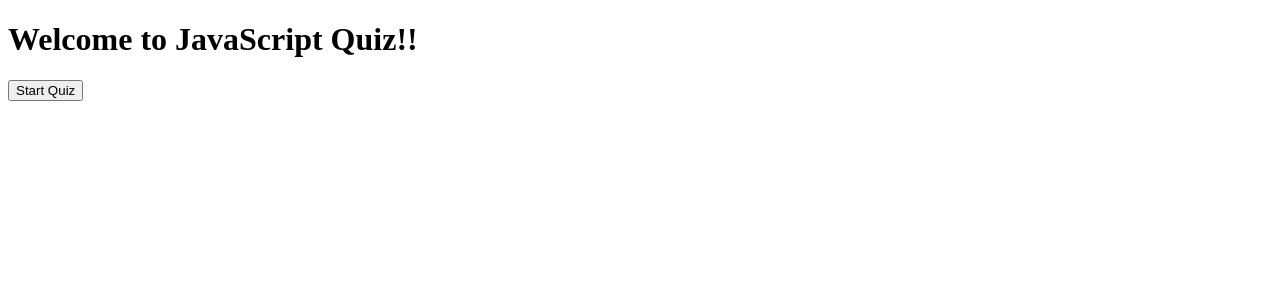
Repository: Mf948/javaQuiz
Page: index.html
An editor plug-in stored every save of this project. The page is shown before and after a run of saves, followed by the edit.
The browser window is 1280 px wide. The pictures show the whole page.

Above is the page before, as saved 2020-11-30 20:00:11.

### index.html
<!DOCTYPE html>
<html lang="en">
<head>
    <meta charset="UTF-8">
    <meta name="viewport" content="width=device-width, initial-scale=1.0">
    <title>Document</title>
   <link scr="."
</head>
<body>
<!-- <div class="coontainer">
       <div id ="question-container" class='hide'>
         <div id="question">Question</div>
         <div id= "answer-buttons" class ="btn-grid">


            <div>
      <div class="controls">
        <button id= "start-btn" class="start-btn btn">start</button>

        <button id= "next-btn" class="netx-btn hide" >next</button>
        </div>

    </div> -->
    <div class="container">
        <h1>Welcome to JavaScript Quiz!!</h1>
        <button id ="start-quiz-btn">Start Quiz</button>
    </div>
<script src="./script.js"></script>


</body>
</html>

### script.js
var startQuizBtn = document.getElementById("start-quiz-btn");

startQuizBtn.addEventListener('click', function() {
 console.log("start")

 /*
 1. need to hide welcom screen
 2. shows the 1st question, and all possible choices

 */


});

After the next 3 saves:
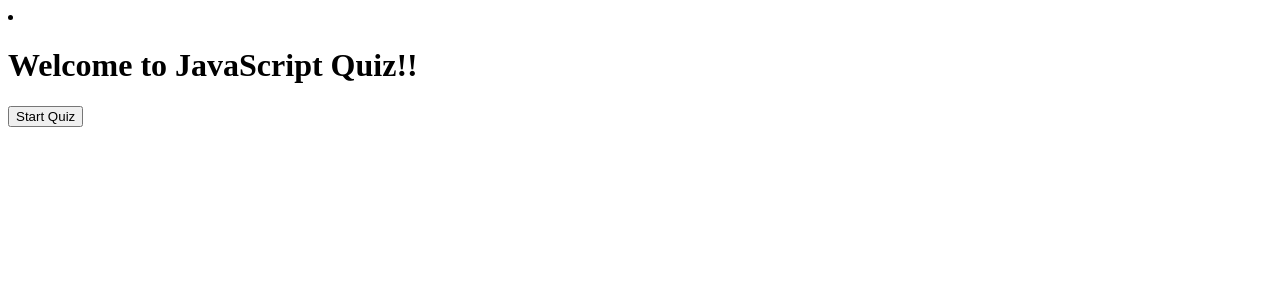
The 3 saves are shown as one change because they came seconds apart.
The last was saved 8 s later.
--- a/index.html
+++ b/index.html
@@ -4,7 +4,7 @@
     <meta charset="UTF-8">
     <meta name="viewport" content="width=device-width, initial-scale=1.0">
     <title>Document</title>
-   <link scr="."
+   <li
 </head>
 <body>
 <!-- <div class="coontainer">

After the save that followed:
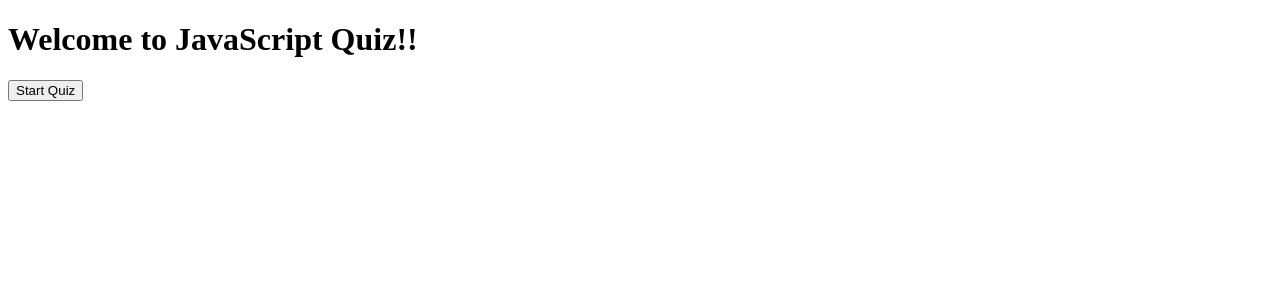
Saved 4 s later.
--- a/index.html
+++ b/index.html
@@ -4,7 +4,7 @@
     <meta charset="UTF-8">
     <meta name="viewport" content="width=device-width, initial-scale=1.0">
     <title>Document</title>
-   <li
+   <link href=""
 </head>
 <body>
 <!-- <div class="coontainer">
